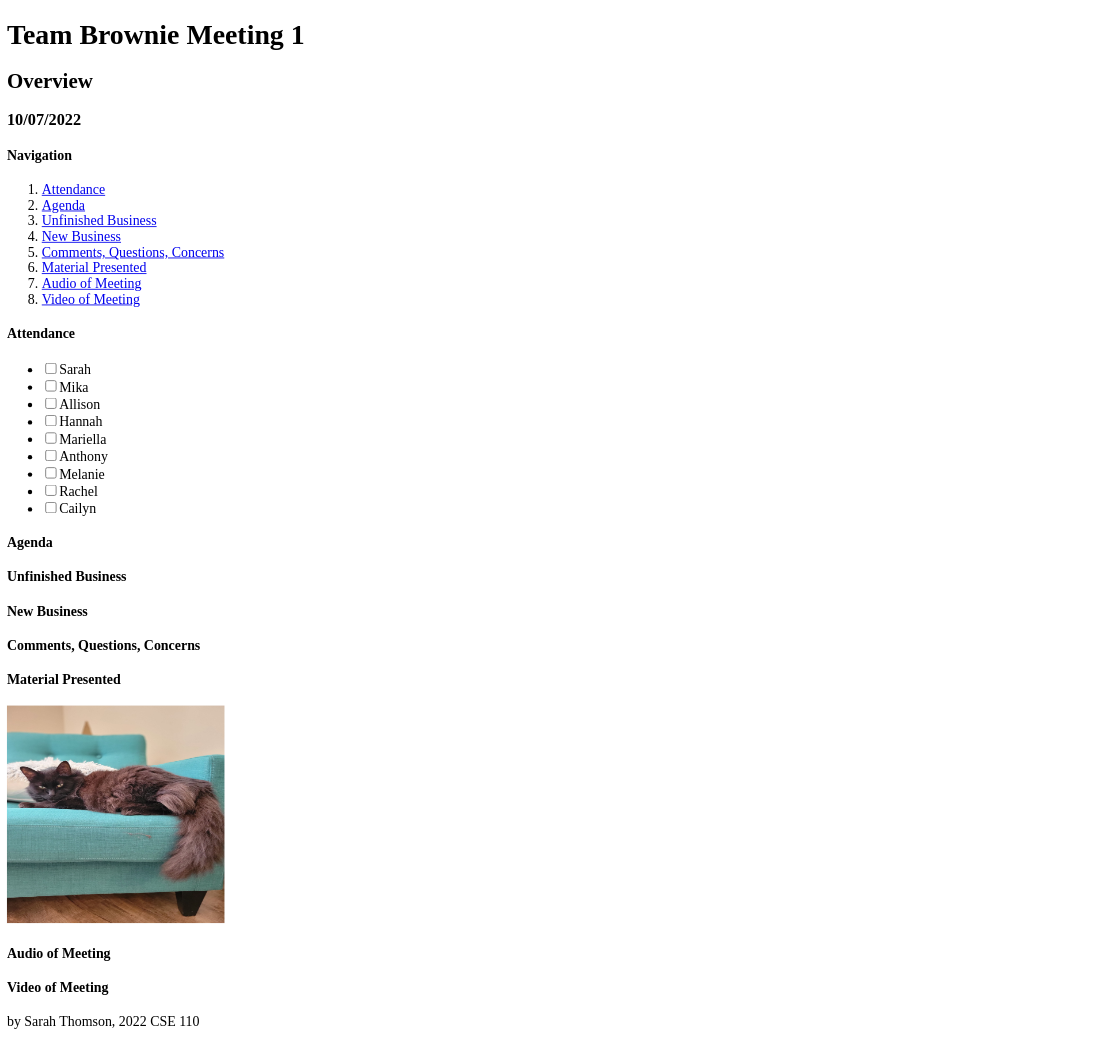
Repository: sarahtthomson/fa22-cse110-lab3
Page: index.html
The author's editor kept a copy of each file at every save. The page is drawn from the files as they stood at one save, then again after the next save.
The browser window is 1280 px wide. The pictures show the whole page, at 87% of full size.

Above is the page before, as saved 2022-10-08 17:35:59.

After the next save:
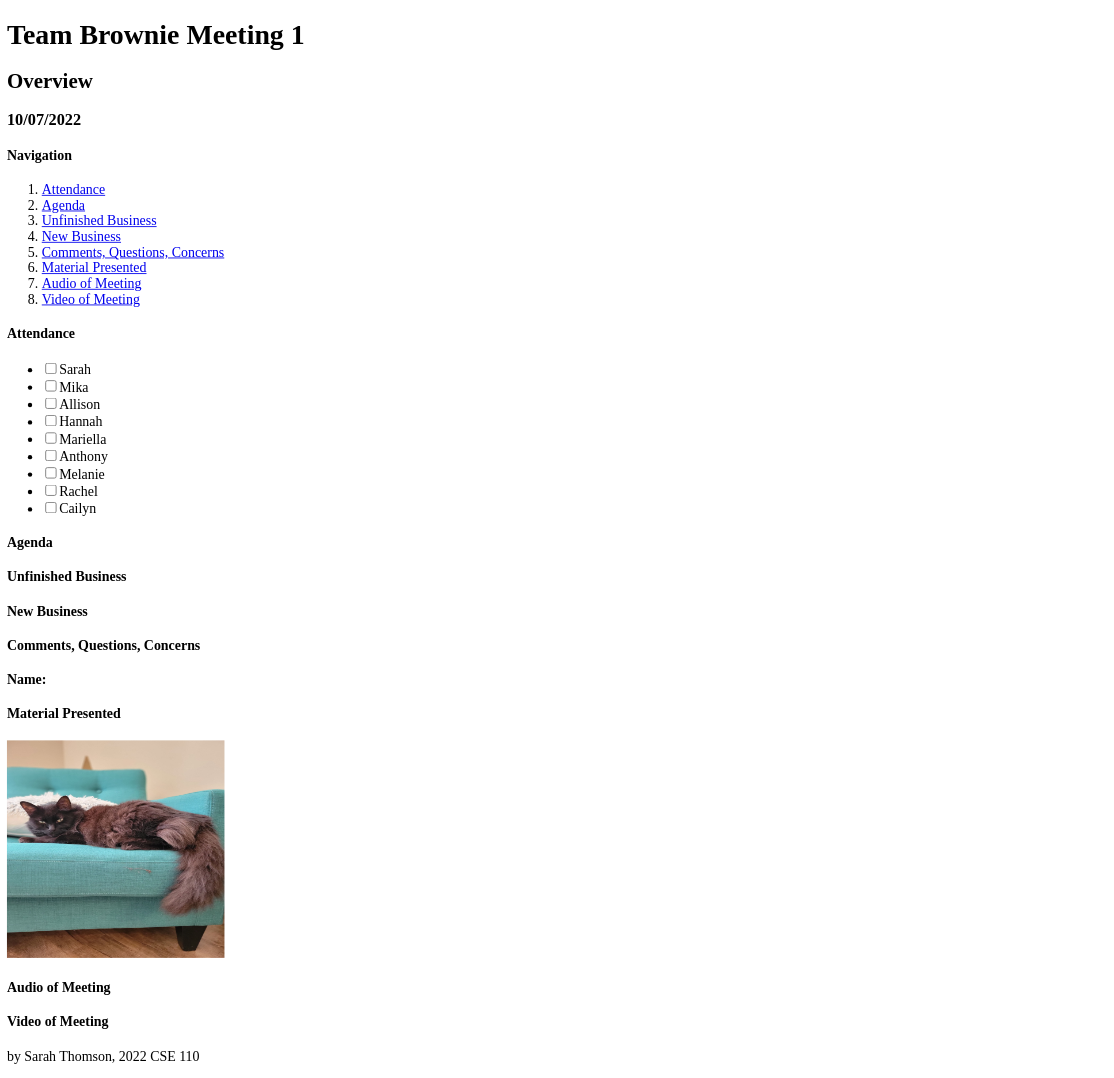
Saved 4 min 3 s later.
--- a/index.html
+++ b/index.html
@@ -51,7 +51,9 @@
             </div>
             <div class="Comments" id="Comments">
                 <h4>Comments, Questions, Concerns</h4>
-
+                <form method="get" class="qanda">
+                    <label for="name"><b>Name:</b></label>
+                </form>
             </div>
             <div class="Material" id="Material">
                 <h4>Material Presented</h4>
